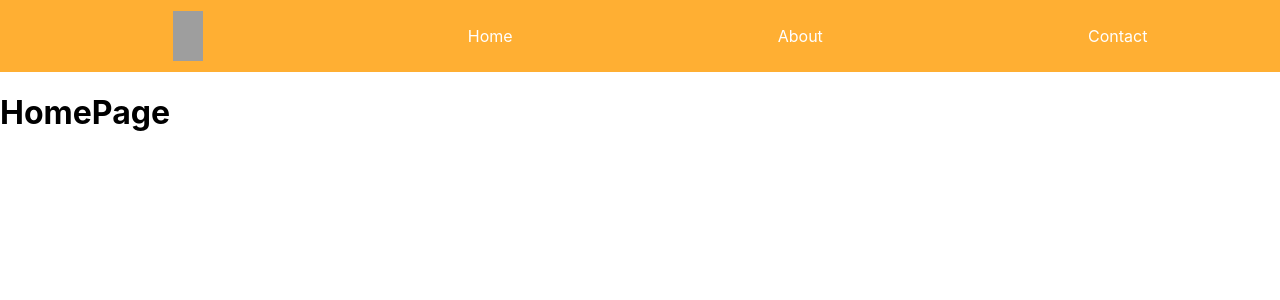
Repository: Toydrum/React-HectorCoronado
Page: /
These files come from the project's save history. The page is drawn as it stood at one moment and after the next save; the edit follows.
The browser window is 1280 px wide. The pictures show the whole page.
Pictures or frames that could not be fetched are drawn as grey boxes. The page's requests for data from a server got no answer. The project was rebuilt for these pictures with package versions that can differ from the ones it lists, and the page was loaded fresh each time. No one was signed in, and anything a server would have sent is missing. Also part of the build but not shown: src/components/CardUser/CardUser.jsx, src/pages/ContactPage/ContactPage.jsx, src/pages/AboutPage/AboutPage.jsx, src/pages/DetailPage/DetailPage.jsx.

Above is the page before, as saved 2023-06-17 07:02:57.

### src/App.jsx
import React from "react";
import "./App.css";
import { BrowserRouter as Router, Routes, Route } from "react-router-dom";
//Components
import NavBar from "./components/Navbar/Navbar";

//Pages
import HomePage from "./pages/HomePage/HomePage";
import ContactPage from "./pages/ContactPage/ContactPage";
import AboutPage from "./pages/AboutPage/AboutPage";
import DetailPage from "./pages/DetailPage/DetailPage";
function App() {
  return (
    <Router>
      <div className="App">
        <NavBar />
        <Routes>
          <Route path="/" element={<HomePage />}></Route>
          <Route path="/About" element={<AboutPage />}></Route>
          <Route path="/Contact" element={<ContactPage />}></Route>
          <Route path="/detail/:id" element={<DetailPage />}></Route>
        </Routes>
        <div className="Cards-Container"></div>
      </div>
    </Router>
  );
}

export default App;

### src/App.css
.App {
  display: flex;
  flex-direction: column;
  justify-content: center;
}

.Cards-Container{
  display: flex;
  width: 100%;
  justify-content: center;
}

### src/components/Navbar/Navbar.jsx
import React from "react";
import "./Navbar.css";
import logo from "./cat-logo.svg";

import { Link } from "react-router-dom";

const NavBar = () => {
  return (
    <nav className="nav-container">
      <ul className="nav-ul">
        <img src={logo} alt="gatito" style={{ height: 50, width: 30 }} />
        <Link className="li" to="/">
          Home
        </Link>
        <Link className="li" to="/about">
          About
        </Link>
        <Link className="li" to="/contact">
          Contact
        </Link>
      </ul>
    </nav>
  );
};

export default NavBar;

### src/pages/HomePage/HomePage.jsx
import React from "react";
import CardList from "../../components/CardList/CardList";

const HomePage = () => {
  return (
    <div>
      <h1>HomePage</h1>
      <CardList />
    </div>
  );
};

export default HomePage;

### src/components/Navbar/Navbar.css
.nav-container {
  background-color: #FFAF33;
  height: 10vh;
  display: flex;
  width: 100%;
  justify-content: space-around;
  align-items: center;
}

.nav-ul {
  display: flex;
  width: 100%;
  justify-content: space-around;
  align-items: center;
}

.li {
  color: white;
  list-style-type: none;
  text-decoration: none;
}

### src/components/CardList/CardList.jsx
import React, { useState, useEffect } from "react";
import CardUser from "../CardUser/CardUser";
import "./CardList.css";
import { Link } from "react-router-dom";

console.log(process.env);
const CardList = () => {
  const [users, setUsers] = useState([]);

  useEffect(() => {
    fetch(process.env.REACT_APP_BASE_URL)
      .then((response) => response.json())
      .then((data) => setUsers(data));
  }, []);

  return (
    <div className="Cards-List">
      {users.map((user) => {
        return (
          <Link to={`detail/${user.id}`}>
            <div key={user.id}>
              <CardUser data={user} />
            </div>
          </Link>
        );
      })}
    </div>
  );
};

export default CardList;

### src/components/CardList/CardList.css
.Cards-List{
  display: grid;
  justify-content: space-around;
  align-content: space-around;
  align-items: center;
  grid-template-columns: 1fr 1fr 1fr;
}

Loaded but not shown: public/index.html (common file); src/index.js (common file); src/index.css (common file)

After the next save:
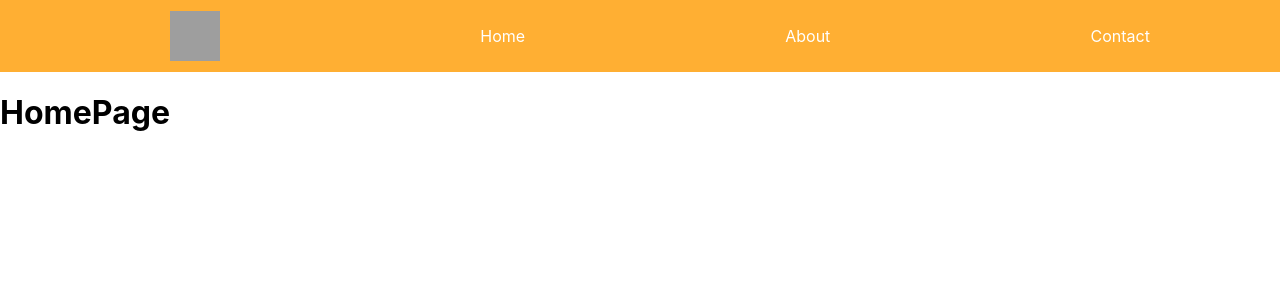
Saved 5 s later.
--- a/src/components/Navbar/Navbar.jsx
+++ b/src/components/Navbar/Navbar.jsx
@@ -8,7 +8,7 @@ const NavBar = () => {
   return (
     <nav className="nav-container">
       <ul className="nav-ul">
-        <img src={logo} alt="gatito" style={{ height: 50, width: 30 }} />
+        <img src={logo} alt="gatito" style={{ height: 50, width: 50 }} />
         <Link className="li" to="/">
           Home
         </Link>
